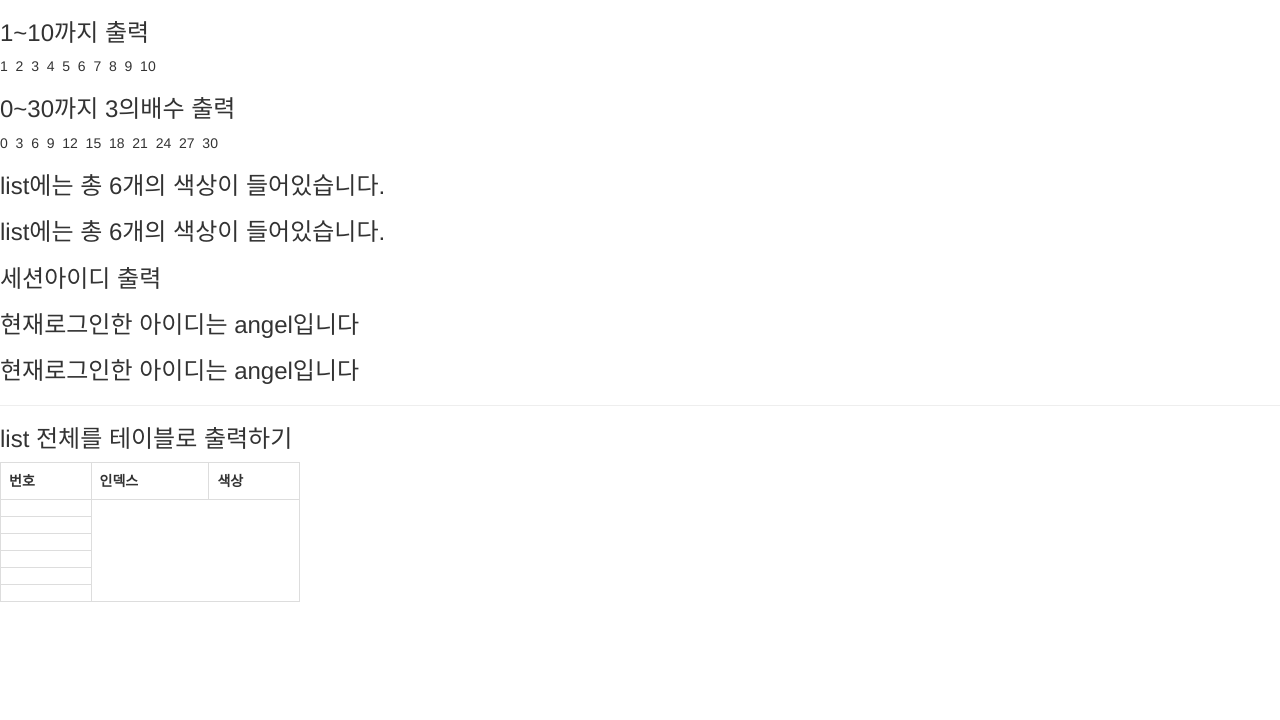
Repository: jungbee2/jungproject
Page: http://localhost/JstlProject/day0330/ex5_foreach.jsp
An editor plug-in stored every save of this project. The page is shown before and after a run of saves, followed by the edit.
The browser window is 1280 px wide. The pictures show the whole page.
Some web fonts or font styles are not loaded; a fallback is used. The page is served by Tomcat 9.

Above is the page before, as saved 2023-03-30 02:32:10.

After the next 2 saves:
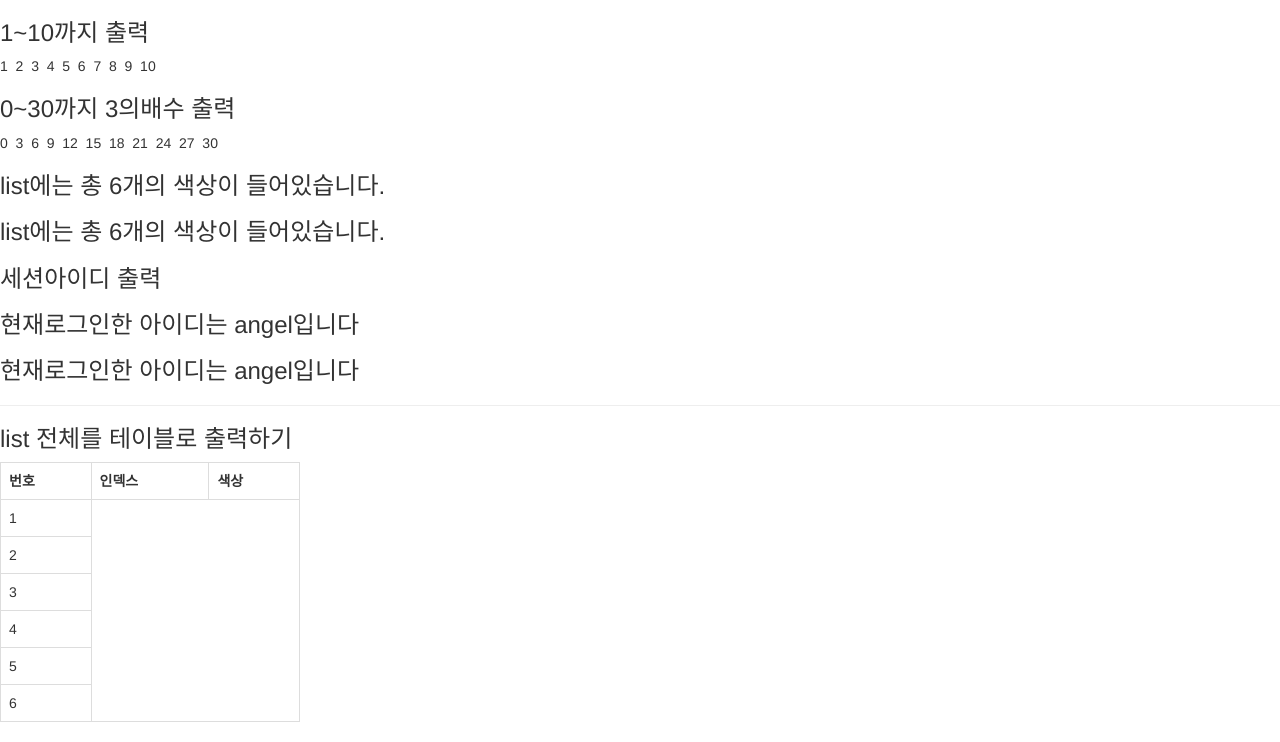
The 2 saves are shown as one change because they came seconds apart.
The last was saved 13 s later.
--- a/JstlProject/src/main/webapp/day0330/ex5_foreach.jsp
+++ b/JstlProject/src/main/webapp/day0330/ex5_foreach.jsp
@@ -68,7 +68,7 @@
 
 <c:forEach  var="s" items="${list }" varStatus="i">
 <tr>
-<td></td>
+<td>${i.count }</td>
 </tr>
 </c:forEach>
 </table>
